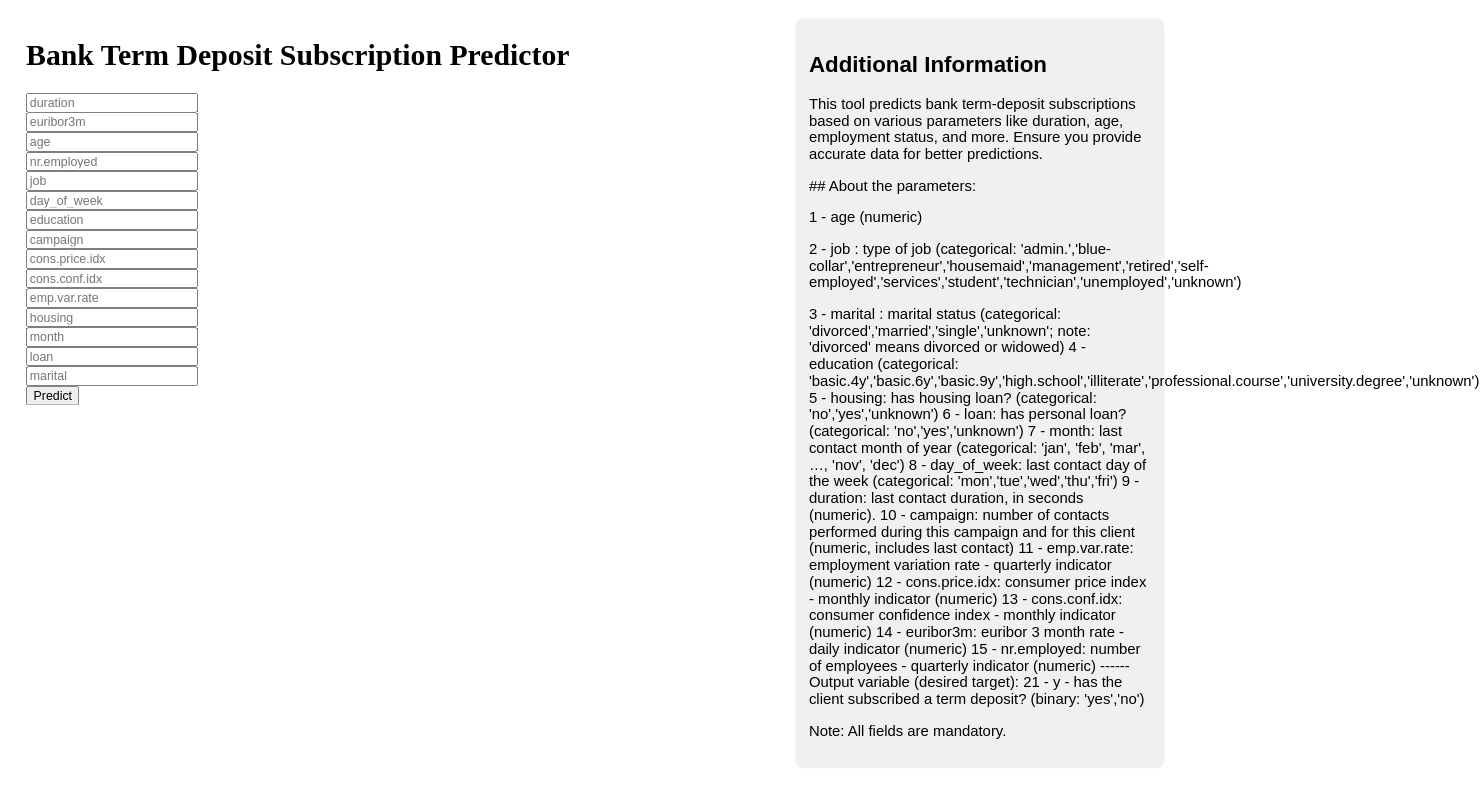
Repository: sameerhussain6/End-to-End-ML-Bank-term-Prediction
Page: templates/home.html
These files come from the project's save history. The page is drawn as it stood at one moment and after the next save; the edit follows.
The browser window is 1280 px wide. The page is 1591 px wide, so the pictures cover 1591 px, including what lies to the right of the window. The pictures show the whole page, at 93% of full size.
Some web fonts or font styles are not loaded; a fallback is used. The template is drawn by Flask 3. The application's start-up code is not run. Other server files are loaded and not shown. The template is opened directly, without the code that normally fills it, so the values that code supplies are empty.

Above is the page before, as saved 2025-01-31 19:24:13.

### templates/home.html
<!DOCTYPE html>
<html>

<head>
  <meta charset="UTF-8">
  <title>BANK TERM-DEPOSIT Subscription</title>
  <link href='https://fonts.googleapis.com/css?family=Pacifico' rel='stylesheet' type='text/css'>
  <link href='https://fonts.googleapis.com/css?family=Arimo' rel='stylesheet' type='text/css'>
  <link href='https://fonts.googleapis.com/css?family=Hind:300' rel='stylesheet' type='text/css'>
  <link href='https://fonts.googleapis.com/css?family=Open+Sans+Condensed:300' rel='stylesheet' type='text/css'>

  <style>
    .content-container {
      display: flex;
      justify-content: space-between;
      margin: 20px;
    }
    .login {
      width: 60%;
    }
    .info-box {
      width: 30%;
      background-color: #f0f0f0;
      padding: 15px;
      border-radius: 8px;
      font-family: 'Arimo', sans-serif;
    }
  </style>
</head>

<body>
  <div class="content-container">
    <div class="login">
      <h1>Bank Term Deposit Subscription Predictor</h1>

      <form action="{{ url_for('predict')}}" method="post">
        <input type="text" name="duration" placeholder="duration" required="required" /><br>
        <input type="text" name="euribor3m" placeholder="euribor3m" required="required" /><br>
        <input type="text" name="age" placeholder="age" required="required" /><br>
        <input type="text" name="nr.employed" placeholder="nr.employed" required="required" /><br>
        <input type="text" name="job" placeholder="job" required="required" /><br>
        <input type="text" name="day_of_week" placeholder="day_of_week" required="required" /><br>
        <input type="text" name="education" placeholder="education" required="required" /><br>
        <input type="text" name="campaign" placeholder="campaign" required="required" /><br>
        <input type="text" name="cons.price.idx" placeholder="cons.price.idx" required="required" /><br>
        <input type="text" name="cons.conf.idx" placeholder="cons.conf.idx" required="required" /><br>
        <input type="text" name="emp.var.rate" placeholder="emp.var.rate" required="required" /><br>
        <input type="text" name="housing" placeholder="housing" required="required" /><br>
        <input type="text" name="month" placeholder="month" required="required" /><br>
        <input type="text" name="loan" placeholder="loan" required="required" /><br>
        <input type="text" name="marital" placeholder="marital" required="required" /><br>
        <button type="submit" class="btn btn-primary btn-block btn-large">Predict</button>

    </form>
    </div>

    {{prediction_text}}

    <div class="info-box">
      <h2>Additional Information</h2>
      <p>This tool predicts bank term-deposit subscriptions based on various parameters like duration, age, employment status,
        and more. Ensure you provide accurate data for better predictions.</p>
      </p>## About the parameters:</p>
    </p>1 - age (numeric)</p>
    </p> 2 - job : type of job (categorical: 'admin.','blue-collar','entrepreneur','housemaid','management','retired','self-employed','services','student','technician','unemployed','unknown')</p>
        3 - marital : marital status (categorical: 'divorced','married','single','unknown'; note: 'divorced' means divorced or widowed)
        4 - education (categorical: 'basic.4y','basic.6y','basic.9y','high.school','illiterate','professional.course','university.degree','unknown')
        5 - housing: has housing loan? (categorical: 'no','yes','unknown')
        6 - loan: has personal loan? (categorical: 'no','yes','unknown')
        7 - month: last contact month of year (categorical: 'jan', 'feb', 'mar', …, 'nov', 'dec')
        8 - day_of_week: last contact day of the week (categorical: 'mon','tue','wed','thu','fri')
        9 - duration: last contact duration, in seconds (numeric).
        10 - campaign: number of contacts performed during this campaign and for this client (numeric, includes last contact)
        11 - emp.var.rate: employment variation rate - quarterly indicator (numeric)
        12 - cons.price.idx: consumer price index - monthly indicator (numeric)
        13 - cons.conf.idx: consumer confidence index - monthly indicator (numeric)
        14 - euribor3m: euribor 3 month rate - daily indicator (numeric)
        15 - nr.employed: number of employees - quarterly indicator (numeric)
        ------
        Output variable (desired target):
        21 - y - has the client subscribed a term deposit? (binary: 'yes','no')
        </p>
      <p>Note: All fields are mandatory.</p>
    </div>
  </div>
</body>

</html>

After the next save:
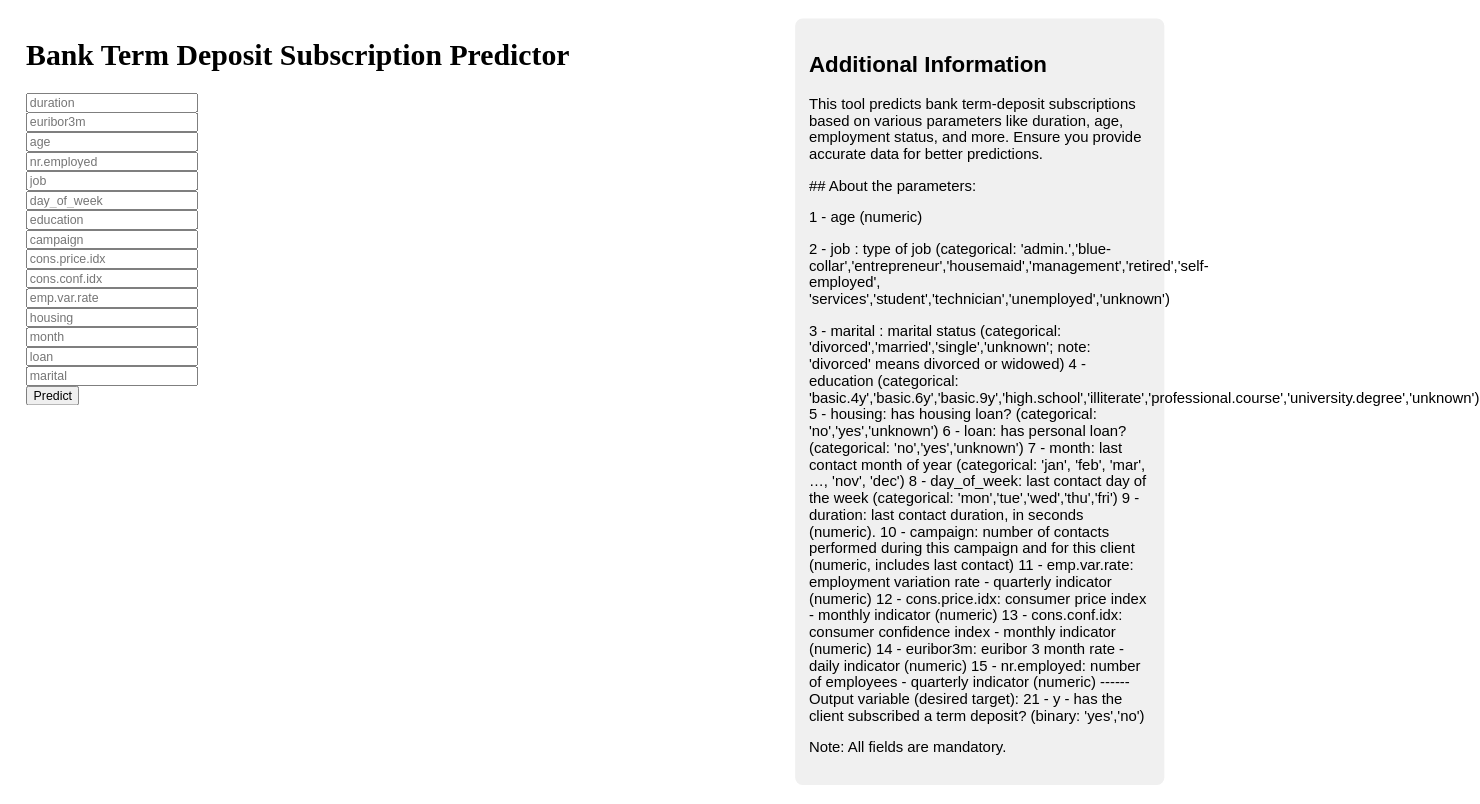
Saved 20 s later.
--- a/templates/home.html
+++ b/templates/home.html
@@ -62,7 +62,8 @@
         and more. Ensure you provide accurate data for better predictions.</p>
       </p>## About the parameters:</p>
     </p>1 - age (numeric)</p>
-    </p> 2 - job : type of job (categorical: 'admin.','blue-collar','entrepreneur','housemaid','management','retired','self-employed','services','student','technician','unemployed','unknown')</p>
+    </p> 2 - job : type of job (categorical: 'admin.','blue-collar','entrepreneur','housemaid','management','retired','self-employed',
+             'services','student','technician','unemployed','unknown')</p>
         3 - marital : marital status (categorical: 'divorced','married','single','unknown'; note: 'divorced' means divorced or widowed)
         4 - education (categorical: 'basic.4y','basic.6y','basic.9y','high.school','illiterate','professional.course','university.degree','unknown')
         5 - housing: has housing loan? (categorical: 'no','yes','unknown')
